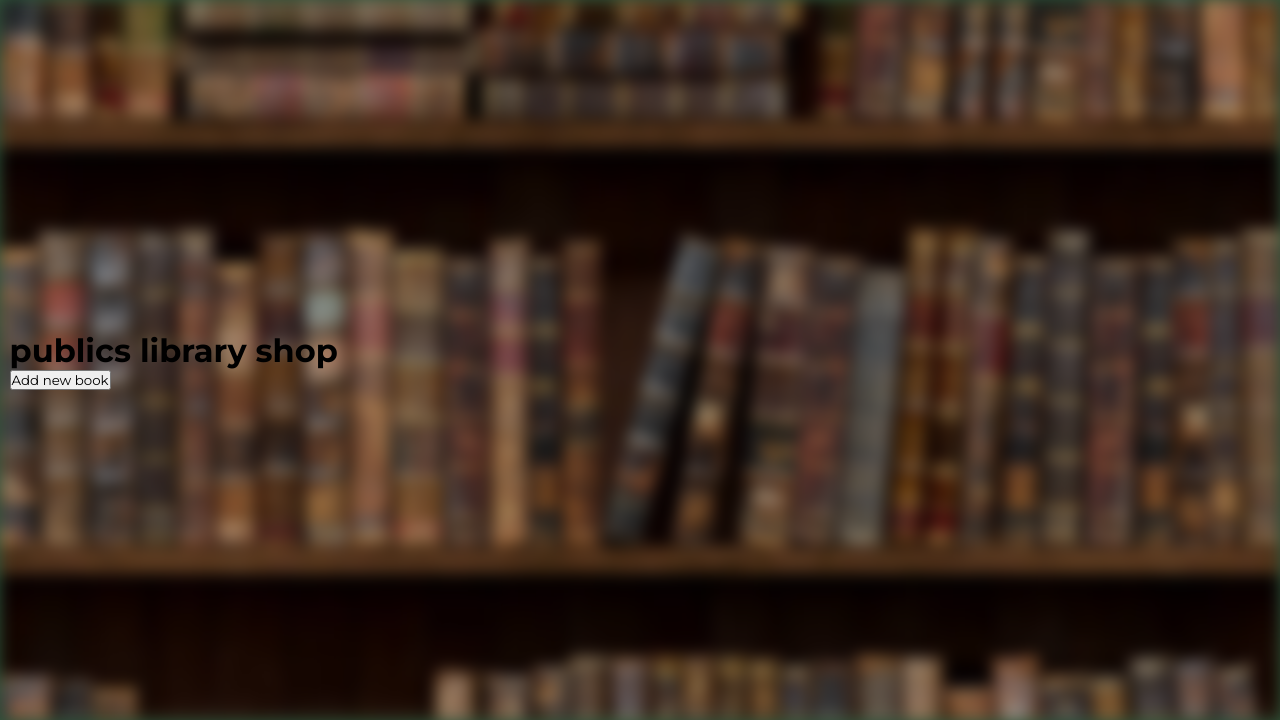
Repository: rguthier/PublicsLibrary
Page: /bookpage (app in client/)
An editor plug-in stored every save of this project. The page is shown before and after the next save, followed by the edit.
The browser window is 1280 px wide. The pictures show the whole page.
The page's requests for data from a server got no answer. The project was rebuilt for these pictures with package versions that can differ from the ones it lists, and the page was loaded fresh each time. No one was signed in, and anything a server would have sent is missing. Also part of the build but not shown: client/vite.config.ts, client/src/components/navbar/Navbar.tsx, client/src/pages/Hero.css, client/src/pages/Hero.tsx, client/src/components/Bookcard.css, client/src/components/Bookcard.tsx, client/src/pages/BookList.css, client/src/pages/BookList.tsx and 7 more.

Above is the page before, as saved 2024-11-13 10:43:45.

After the next save:
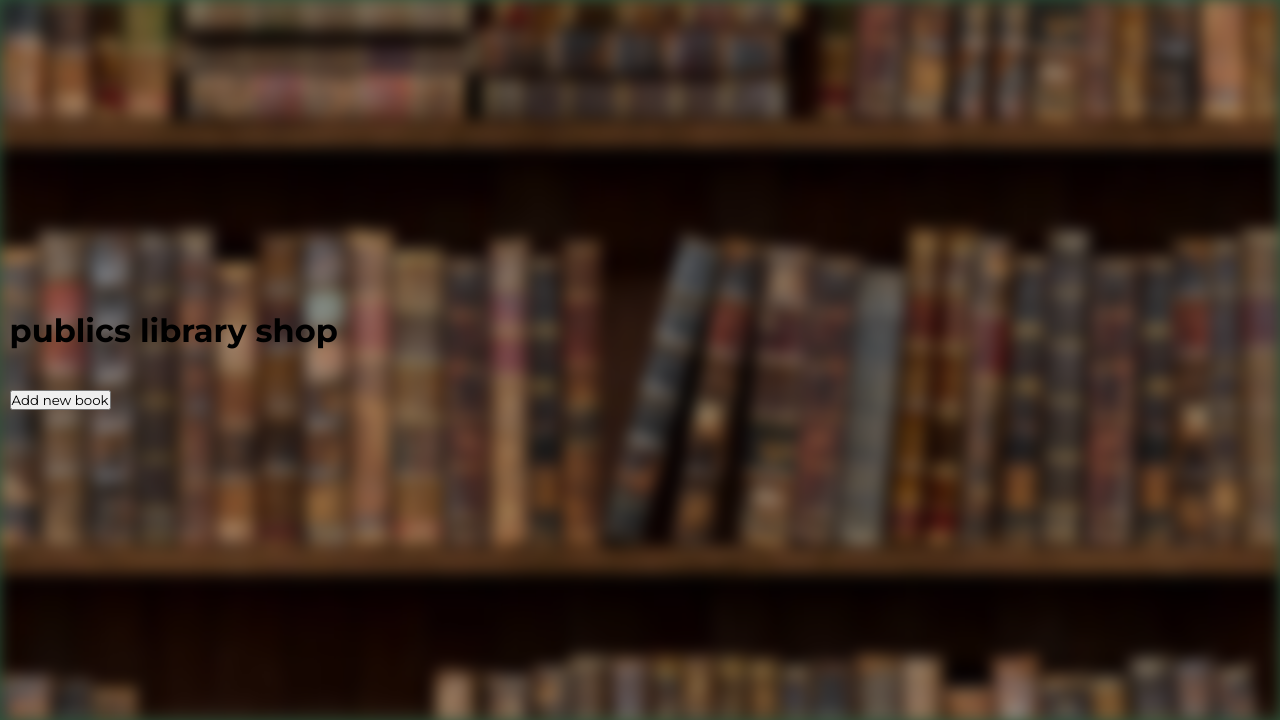
Saved 8 s later.
--- a/client/src/sql/addStyle.css
+++ b/client/src/sql/addStyle.css
@@ -35,6 +35,12 @@
     /* display: flex;
     flex-wrap: wrap;
     gap: 16px; */
+
+    display: flex;
+    overflow-x: auto; /* Allows horizontal scrolling */
+    gap: 16px; /* Optional: space between books */
+    padding: 20px; /* Optional: padding around the container */
+    scroll-snap-type: x mandatory;
   }
 
   /* Individual book item styling */

After the 4 saves that followed:
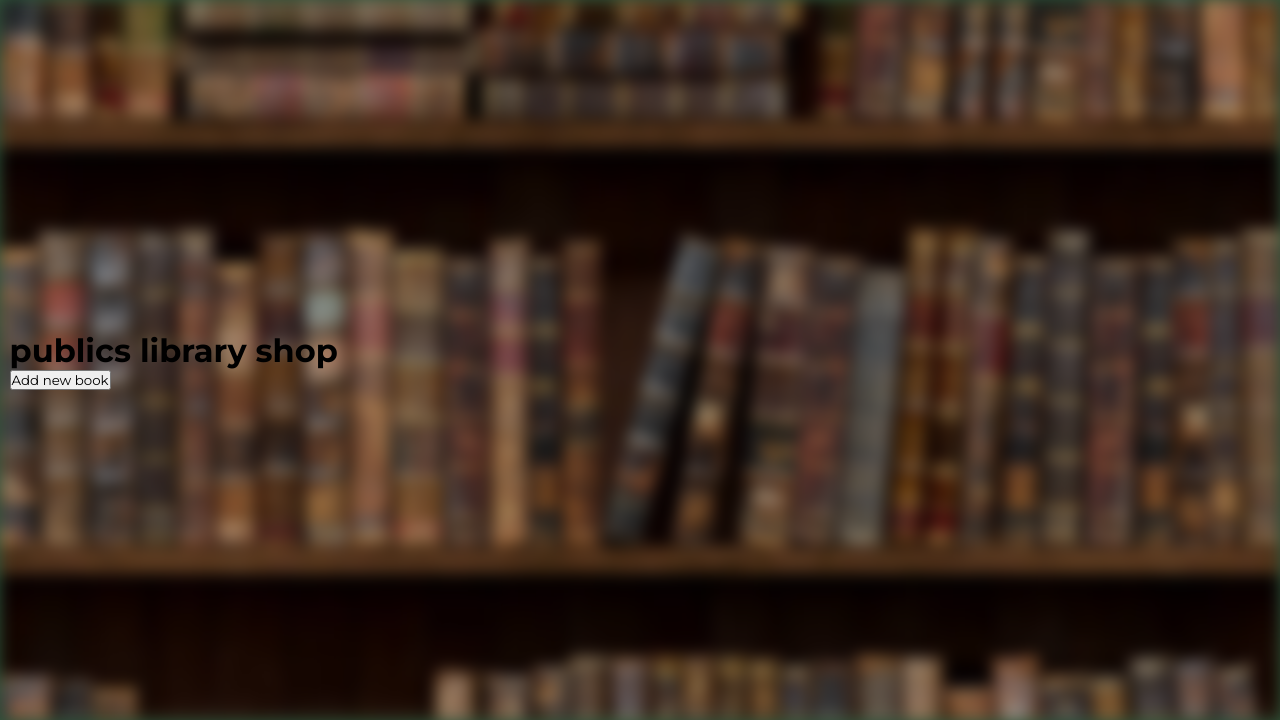
The 4 saves are shown as one change because 1 left the picture as it was and some came seconds apart.
The last was saved 34 s later.
--- a/client/src/sql/addStyle.css
+++ b/client/src/sql/addStyle.css
@@ -32,15 +32,9 @@
 
   /* Container for book items */
   .book{
-    /* display: flex;
+    display: flex;
     flex-wrap: wrap;
-    gap: 16px; */
-
-    display: flex;
-    overflow-x: auto; /* Allows horizontal scrolling */
-    gap: 16px; /* Optional: space between books */
-    padding: 20px; /* Optional: padding around the container */
-    scroll-snap-type: x mandatory;
+    gap: 16px;
   }
 
   /* Individual book item styling */
